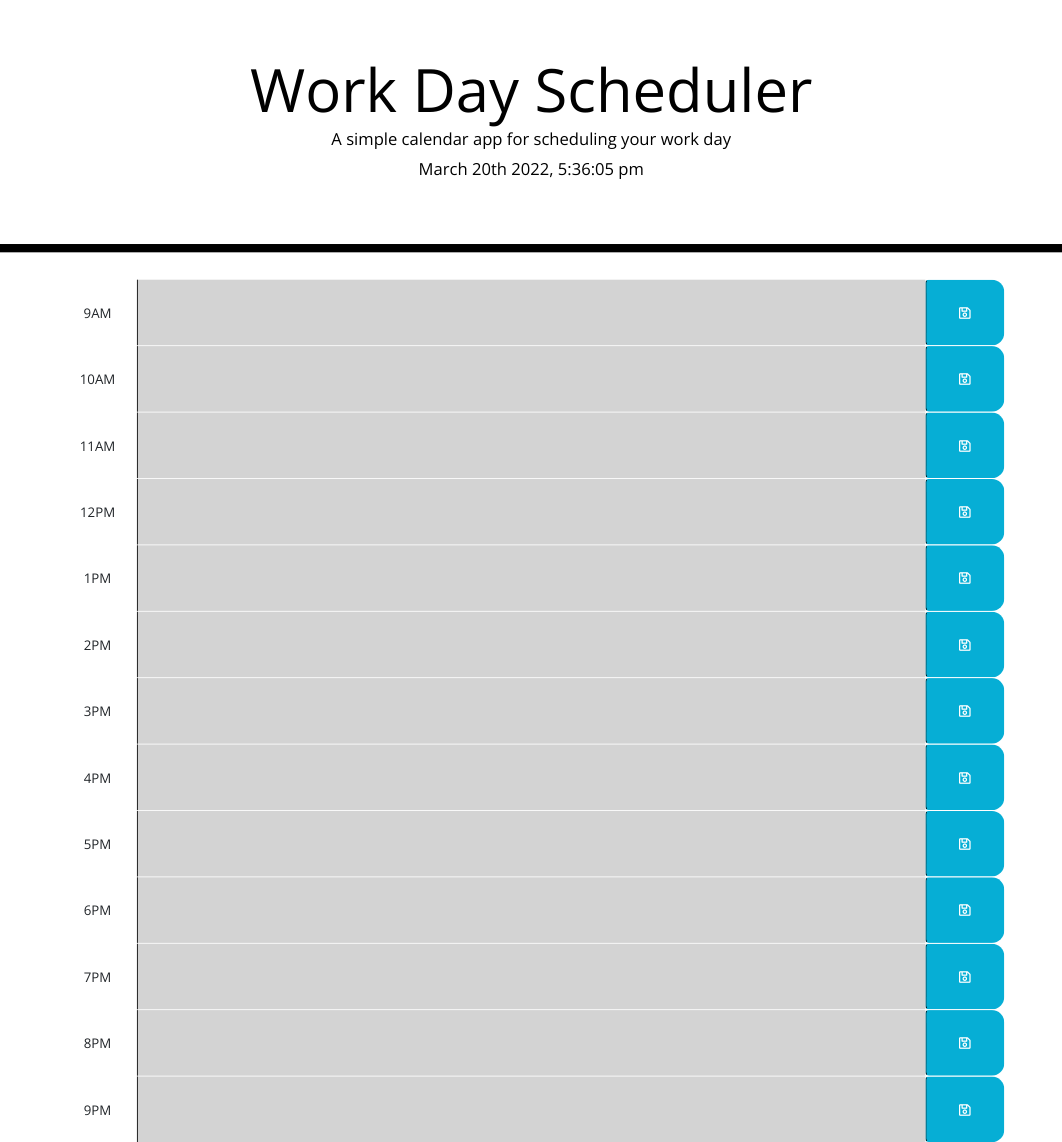
Repository: cobalt88/work-day-scheduler
Page: index.html
The author's editor kept a copy of each file at every save. The page is drawn from the files as they stood at one save, then again after the next save.
The browser window is 1280 px wide. The pictures show the whole page, at 83% of full size.
Some web libraries are served in a nearby version.

Above is the page before, as saved 2022-03-25 18:33:22.

### index.html
<!DOCTYPE html>
<html lang="en">
  <head>
    <meta charset="UTF-8" />
    <meta name="viewport" content="width=device-width, initial-scale=1.0" />
    <meta http-equiv="X-UA-Compatible" content="ie=edge" />
    <link
      rel="stylesheet"
      href="https://stackpath.bootstrapcdn.com/bootstrap/4.3.1/css/bootstrap.min.css"
    />
    <link
      rel="stylesheet"
      href="https://use.fontawesome.com/releases/v5.8.1/css/all.css"
      integrity="sha384-50oBUHEmvpQ+1lW4y57PTFmhCaXp0ML5d60M1M7uH2+nqUivzIebhndOJK28anvf"
      crossorigin="anonymous"
    />
    <link
      href="https://fonts.googleapis.com/css?family=Open+Sans&display=swap"
      rel="stylesheet"
    />
    <link rel="stylesheet" href="./assets/style.css" />
    <title>Work Day Scheduler</title>
  </head>

  <body>
    <header class="jumbotron">
      <h1 class="display-3">Work Day Scheduler</h1>
      <p class="lead">A simple calendar app for scheduling your work day</p>
      <p id="currentDay" class="lead"></p>
    </header>
    <div class="container">
      <!-- Timeblocks go here -->

      <div class="row time-block" id="9">
        <div class="col-xl-1  col-md-1 col-2">
          9AM
        </div>
        <textarea class="col-xl-10 col-md-10 col-8 "></textarea>
        <button class="btn saveBtn col-xl-1 col-md-1 col-2 far fa-save"></button>
      </div>

      <div class="row time-block" id="10">
        <div class="col-xl-1 col-md-1 col-2">
          10AM
        </div>
        <textarea class="col-xl-10 col-md-10 col-8 "></textarea>
        <button class="btn saveBtn col-xl-1 col-md-1 col-2 far fa-save"></button>
      </div>

      <div class="row time-block" id="11">
        <div class="col-xl-1 col-md-1 col-2">
          11AM
        </div>
        <textarea class="col-xl-10 col-md-10 col-8 "></textarea>
        <button class="btn saveBtn col-xl-1 col-md-1 col-2 far fa-save"></button>
      </div>

      <div class="row time-block" id="12">
        <div class="col-xl-1 col-md-1 col-2">
          12PM
        </div>
        <textarea class="col-xl-10 col-md-10 col-8 "></textarea>
        <button class="btn saveBtn col-xl-1 col-md-1 col-2 far fa-save"></button>
      </div>

      <div class="row time-block" id="13">
        <div class="col-xl-1 col-md-1 col-2">
          1PM
        </div>
        <textarea class="col-xl-10 col-md-10 col-8 "></textarea>
        <button class="btn saveBtn col-xl-1 col-md-1 col-2 far fa-save"></button>
      </div>

      <div class="row time-block" id="14">
        <div class="col-xl-1 col-md-1 col-2">
          2PM
        </div>
        <textarea class="col-xl-10 col-md-10 col-8 "></textarea>
        <button class="btn saveBtn col-xl-1 col-md-1 col-2 far fa-save"></button>
      </div>

      <div class="row time-block" id="15">
        <div class="col-xl-1 col-md-1 col-2">
          3PM
        </div>
        <textarea class="col-xl-10 col-md-10 col-8 "></textarea>
        <button class="btn saveBtn col-xl-1 col-md-1 col-2 far fa-save"></button>
      </div>

      <div class="row time-block" id="16">
        <div class="col-xl-1 col-md-1 col-2">
          4PM
        </div>
        <textarea class="col-xl-10 col-md-10 col-8 "></textarea>
        <button class="btn saveBtn col-xl-1 col-md-1 col-2 far fa-save"></button>
      </div>

      <div class="row time-block" id="17">
        <div class="col-xl-1 col-md-1 col-2">
          5PM
        </div>
        <textarea class="col-xl-10 col-md-10 col-8 "></textarea>
        <button class="btn saveBtn col-xl-1 col-md-1 col-2 far fa-save"></button>
      </div>

      <div class="row time-block" id="18">
        <div class="col-xl-1 col-md-1 col-2">
          6PM
        </div>
        <textarea class="col-xl-10 col-md-10 col-8 "></textarea>
        <button class="btn saveBtn col-xl-1 col-md-1 col-2 far fa-save"></button>
      </div>

      <div class="row time-block" id="19">
        <div class="col-xl-1 col-md-1 col-2">
          7PM
        </div>
        <textarea class="col-xl-10 col-md-10 col-8 "></textarea>
        <button class="btn saveBtn col-xl-1 col-md-1 col-2 far fa-save"></button>
      </div>

      <div class="row time-block" id="20">
        <div class="col-xl-1 col-md-1 col-2">
          8PM
        </div>
        <textarea class="col-xl-10 col-md-10 col-8 "></textarea>
        <button class="btn saveBtn col-xl-1 col-md-1 col-2 far fa-save"></button>
      </div>

      <div class="row time-block" id="21">
        <div class="col-xl-1 col-md-1 col-2">
          9PM
        </div>
        <textarea class="col-xl-10 col-md-10 col-8 "></textarea>
        <button class="btn saveBtn col-xl-1 col-md-1 col-2 far fa-save"></button>
      </div>


    </div>

    <script src="https://code.jquery.com/jquery-3.4.1.min.js"></script>
    <script src="https://cdnjs.cloudflare.com/ajax/libs/moment.js/2.24.0/moment.min.js"></script>
    <script src="./assets/logic.js"></script>
  </body>
</html>

### assets/style.css
body {
  font-family: 'Open Sans', sans-serif;
  font-size: 16px;
  line-height: 1;
}

textarea{
  background: transparent;
  border: none;
  resize: none;
  color: #000000;
  border-left: 1px solid black;
  padding: 10px;
}

.jumbotron {
  text-align: center;
  background-color: transparent;
  color: black;
  border-radius: 0;
  border-bottom: 10px solid black;
}

.description{
  white-space: pre-wrap;
}

.time-block{
  text-align: center;
  border-radius: 15px;
}

.row {
  white-space: pre-wrap;
  height: 80px;
  border-top: 1px solid white;;
}

.hour {
  background-color: #ffffff;
  color: #000000;
  border-top: 1px dashed #000000;
}

.past {
  background-color: #d3d3d3;
  color: white;
}

.present {
  background-color: #ff6961;
  color: white;
}

.future {
  background-color: #77dd77;
  color: white;
}

.saveBtn {
  border-left: 1px solid black;
  border-top-right-radius: 15px;
  border-bottom-right-radius: 15px;
  background-color: #06AED5;
  color: white;
}

.saveBtn i:hover {
  font-size: 20px;
  transition: all .3s ease-in-out;
}

### assets/logic.js
// var timeBlock0 = document.getElementById('hr-9A');
// var timeBlock1 = document.getElementById('hr-10A');
// var timeBlock2 = document.getElementById('hr-11A');
// var timeBlock3 = document.getElementById('hr-12P');
// var timeBlock4 = document.getElementById('hr-1P');
// var timeBlock5 = document.getElementById('hr-2P');
// var timeBlock6 = document.getElementById('hr-3P');
// var timeBlock7 = document.getElementById('hr-4P');
// var timeBlock8 = document.getElementById('hr-5P');
// var timeBlock9 = document.getElementById('hr-6P');
// var timeBlock10 = document.getElementById('hr-7P');
// var timeBlock11 = document.getElementById('hr-8P');
// var timeBlock12 = document.getElementById('hr-9P');



function updateTime(){
var currentDate = moment().format('MMMM Do YYYY, h:mm:ss a');
$("#currentDay").html(currentDate);
}

setInterval(function() {
  updateTime();
}, 1000);


const timeBlocks = Array.from(document.getElementsByClassName('time-block'));
var currentTime = moment().format('HHmm');
console.log(timeBlocks[0].children[1])

for (let i = 0; i < timeBlocks.length; i++) {

  var timeBlockId = parseInt(timeBlocks[i].id);
  var time = parseInt(currentTime);

  if (timeBlockId < time) {
    timeBlocks[i].children[1].className += 'past';
  }
  if (timeBlockId > time) {
    timeBlocks[i].children[1].className += 'future';
  }
}

updateTime();
setInterval(function() {
  updateTime();
}, 1000);

After the next save:
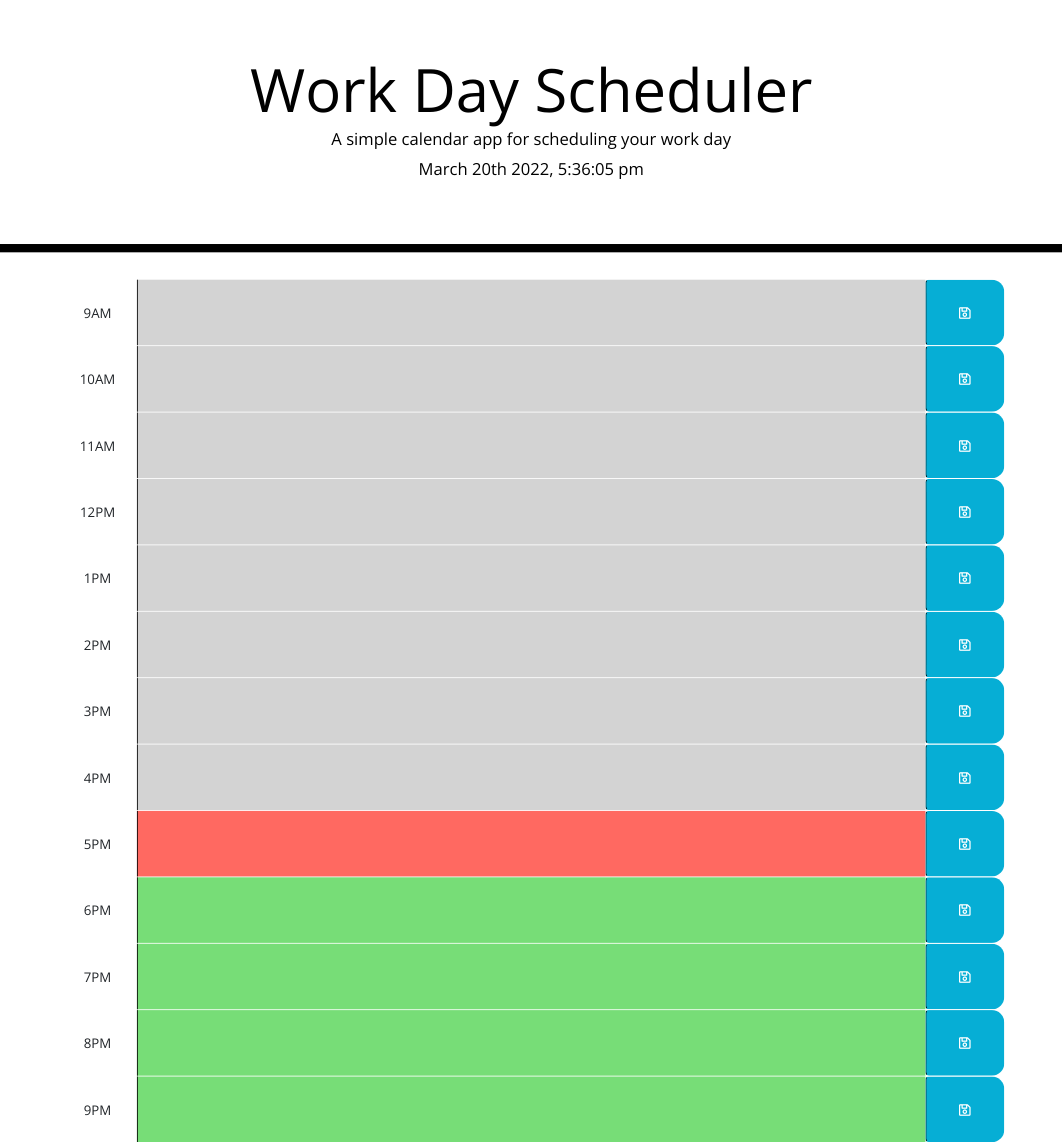
Saved 67 s later.
--- a/assets/logic.js
+++ b/assets/logic.js
@@ -25,7 +25,7 @@ setInterval(function() {
 
 
 const timeBlocks = Array.from(document.getElementsByClassName('time-block'));
-var currentTime = moment().format('HHmm');
+var currentTime = moment().format('HH');
 console.log(timeBlocks[0].children[1])
 
 for (let i = 0; i < timeBlocks.length; i++) {
@@ -39,6 +39,9 @@ for (let i = 0; i < timeBlocks.length; i++) {
   if (timeBlockId > time) {
     timeBlocks[i].children[1].className += 'future';
   }
+  if (timeBlockId === time) {
+    timeBlocks[i].children[1].className += 'present';
+  }
 }
 
 updateTime();
